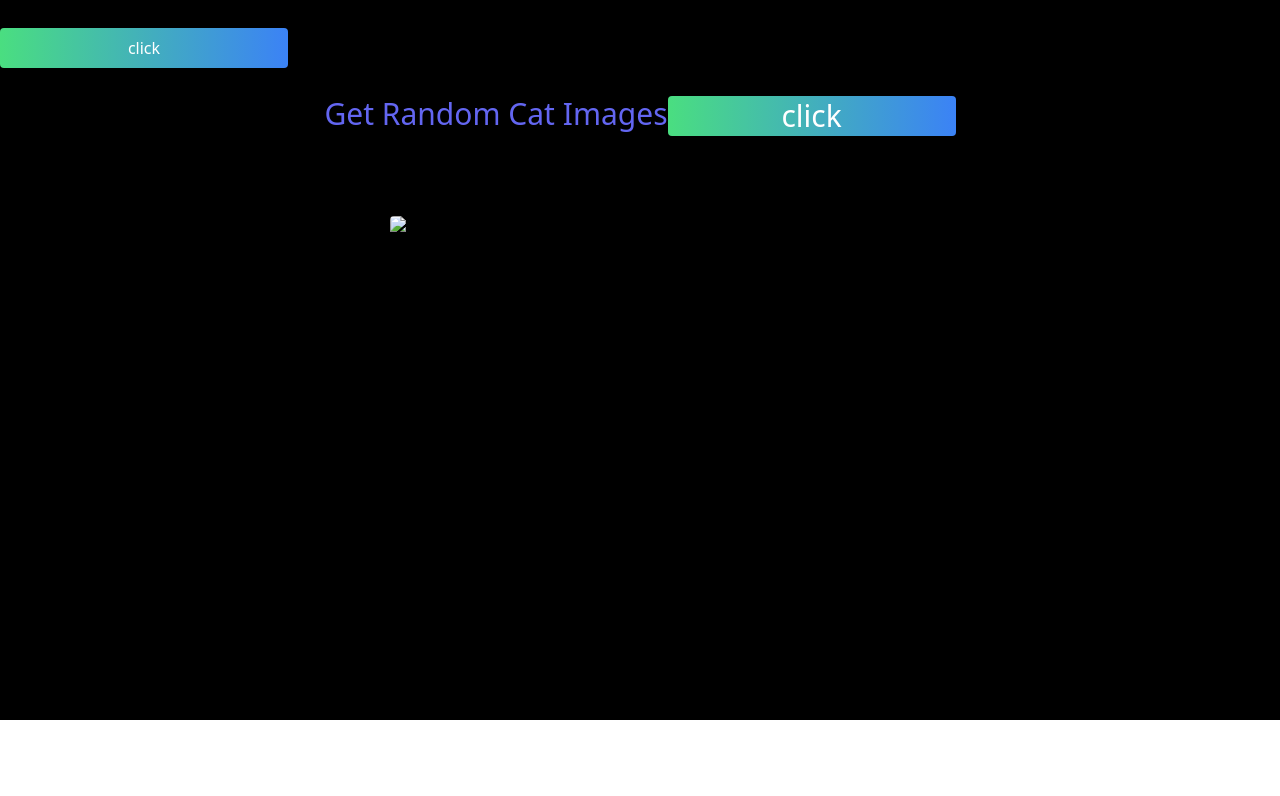
Repository: tentaciones/catMemeGenerator
Page: /
An editor plug-in stored every save of this project. The page is shown before and after the next save, followed by the edit.
The browser window is 1280 px wide. The pictures show the whole page.
The page's requests for data from a server got no answer. Some web fonts or font styles are not loaded; a fallback is used. The project was rebuilt for these pictures with package versions that can differ from the ones it lists, and the page was loaded fresh each time. No one was signed in, and anything a server would have sent is missing. Also part of the build but not shown: src/components/Navbar.jsx, src/components/Header.jsx, src/components/Post.jsx, src/components/Sidebar.jsx, src/pages/home.jsx.

Above is the page before, as saved 2022-07-07 20:03:01.

### public/index.html
<!DOCTYPE html>
<html lang="en">
  <head>
    <meta charset="utf-8" />
    <link rel="icon" href="%PUBLIC_URL%/favicon.ico" />
    <meta name="viewport" content="width=device-width, initial-scale=1" />
    <meta name="theme-color" content="#000000" />
    <meta
      name="description"
      content="Web site created using create-react-app"
    />
    <link rel="apple-touch-icon" href="%PUBLIC_URL%/logo192.png" />
    <link rel="preconnect" href="https://fonts.googleapis.com" />
    <link rel="preconnect" href="https://fonts.gstatic.com" crossorigin />
    <link
      href="https://fonts.googleapis.com/css2?family=Gentium+Book+Plus:ital@1&family=Rubik+Moonrocks&display=swap"
      rel="stylesheet"
    />
    <link rel="manifest" href="%PUBLIC_URL%/manifest.json" />

    <title>React App</title>
  </head>
  <body>
    <noscript>You need to enable JavaScript to run this app.</noscript>
    <div id="root"></div>
    <!--
      This HTML file is a template.
      If you open it directly in the browser, you will see an empty page.

      You can add webfonts, meta tags, or analytics to this file.
      The build step will place the bundled scripts into the <body> tag.

      To begin the development, run `npm start` or `yarn start`.
      To create a production bundle, use `npm run build` or `yarn build`.
    -->
  </body>
</html>

### src/App.js
import { Navbar } from "./components";
import Home from "./pages/Home";
import Generator from "./pages/Generator";
function App() {
  return (
    <div>
      <Generator />
    </div>
  );
}

export default App;

### src/components/index.js
export { default as Navbar } from "./Navbar";
export { default as Header } from "./Header";
export { default as Post } from "./Post";
export { default as Sidebar } from "./Sidebar";

### src/pages/Generator.jsx
import React, { useEffect, useState } from "react";
import Loading from "../components/Loading";
const Generator = () => {
  const [cat, setCat] = useState("");
  const [done, setDone] = useState(undefined);
  const [loading, setLoading] = useState(undefined);
  const getCat = () => {
    setDone(undefined);
    setLoading(undefined);
    setTimeout(() => {
      fetch("https://aws.random.cat/meow")
        .then((res) => res.json())
        .then((data) => setCat(data.file));
      setLoading(true);
      setTimeout(() => {
        setDone(true);
      }, 1000);
    }, 1200);
  };
  useEffect(() => {
    getCat();
  }, []);

  return (
    <div className="bg-black h-screen">
      <div className="flex-col text-indigo-500 text-3xl justify-center md:hidden">
        <div className="mt-7"> Get Random Cat Images</div>
      </div>
      <button
        onClick={getCat}
        className="  bg-gradient-to-r from-green-400 to-blue-500 hover:from-pink-500 hover:to-yellow-500 text-white w-72 h-10 rounded mt-7"
      >
        click
      </button>
      <div className="hidden md:flex justify-center text-indigo-500 text-3xl">
        <div className="mt-7">Get Random Cat Images</div>
        <button
          onClick={getCat}
          className="bg-gradient-to-r from-green-400 to-blue-500 hover:from-pink-500 hover:to-yellow-500 text-white w-72 h-10 rounded mt-7"
        >
          click
        </button>
      </div>

      <div className="hidden md:flex justify-center">
        {!done ? (
          <Loading loading={loading} />
        ) : (
          <img
            src={cat}
            alt="c"
            className="h-[500px] w-[500px] rounded my-20"
          />
        )}
      </div>
    </div>
  );
};

export default Generator;

### src/components/Loading.js
import React from "react";
import Lottie from "react-lottie";
import * as loading from "../46472-lurking-cat.json";
import * as done from "../50465-done.json";

const defaultOptions = {
  loop: true,
  autoplay: true,
  animationData: loading.default,
  rendererSettings: {
    preserveAspectRatio: "xMidYMid slice",
  },
};

const defaultOptions2 = {
  loop: false,
  autoplay: true,
  animationData: done.default,
  rendererSettings: {
    preserveAspectRatio: "xMidYMid slice",
  },
};

const Loading = ({ loading }) => {
  console.log(loading);
  return (
    <div>
      {!loading ? (
        <Lottie options={defaultOptions} height={120} width={120} />
      ) : (
        <Lottie options={defaultOptions2} height={120} width={120} />
      )}
    </div>
  );
};

export default Loading;

Loaded but not shown: src/index.js (common file); src/index.css (common file); src/reportWebVitals.js (common file); src/46472-lurking-cat.json (common file); src/50465-done.json (common file); tailwind.config.js (common file)

After the next save:
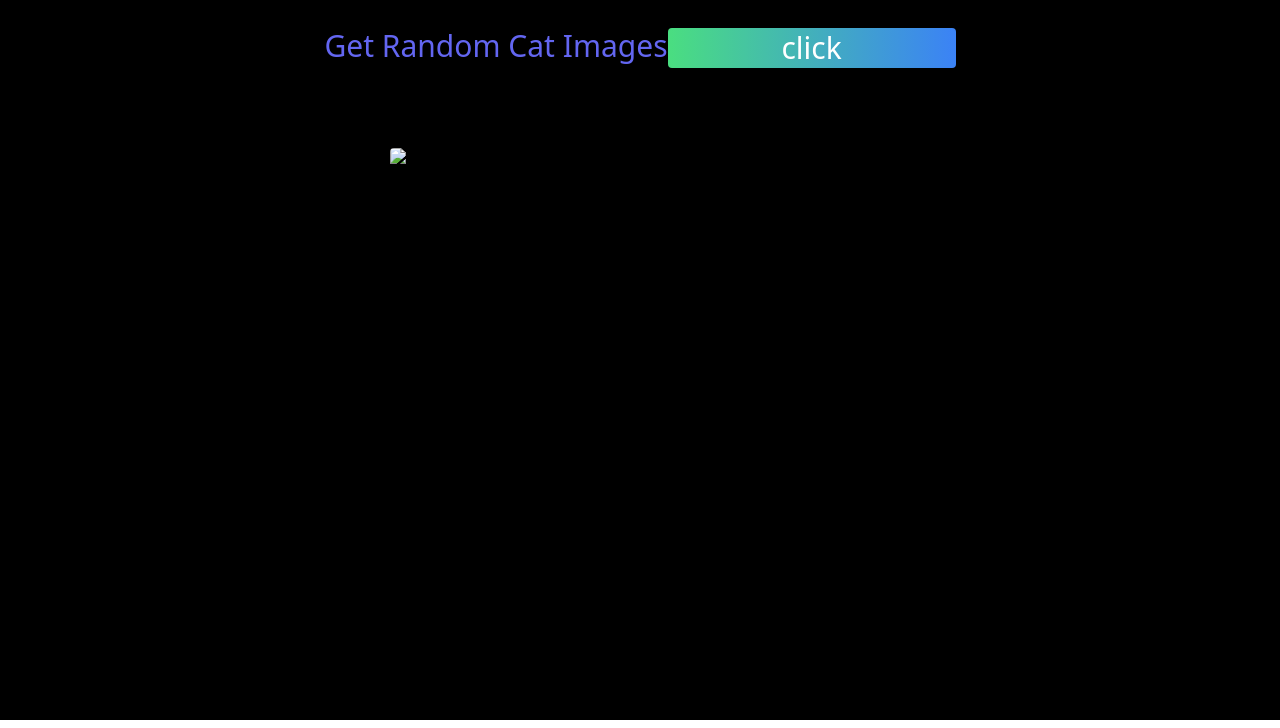
Saved 16 s later.
--- a/src/pages/Generator.jsx
+++ b/src/pages/Generator.jsx
@@ -28,7 +28,7 @@
       </div>
       <button
         onClick={getCat}
-        className="  bg-gradient-to-r from-green-400 to-blue-500 hover:from-pink-500 hover:to-yellow-500 text-white w-72 h-10 rounded mt-7"
+        className="  md:hidden bg-gradient-to-r from-green-400 to-blue-500 hover:from-pink-500 hover:to-yellow-500 text-white w-72 h-10 rounded mt-7"
       >
         click
       </button>
